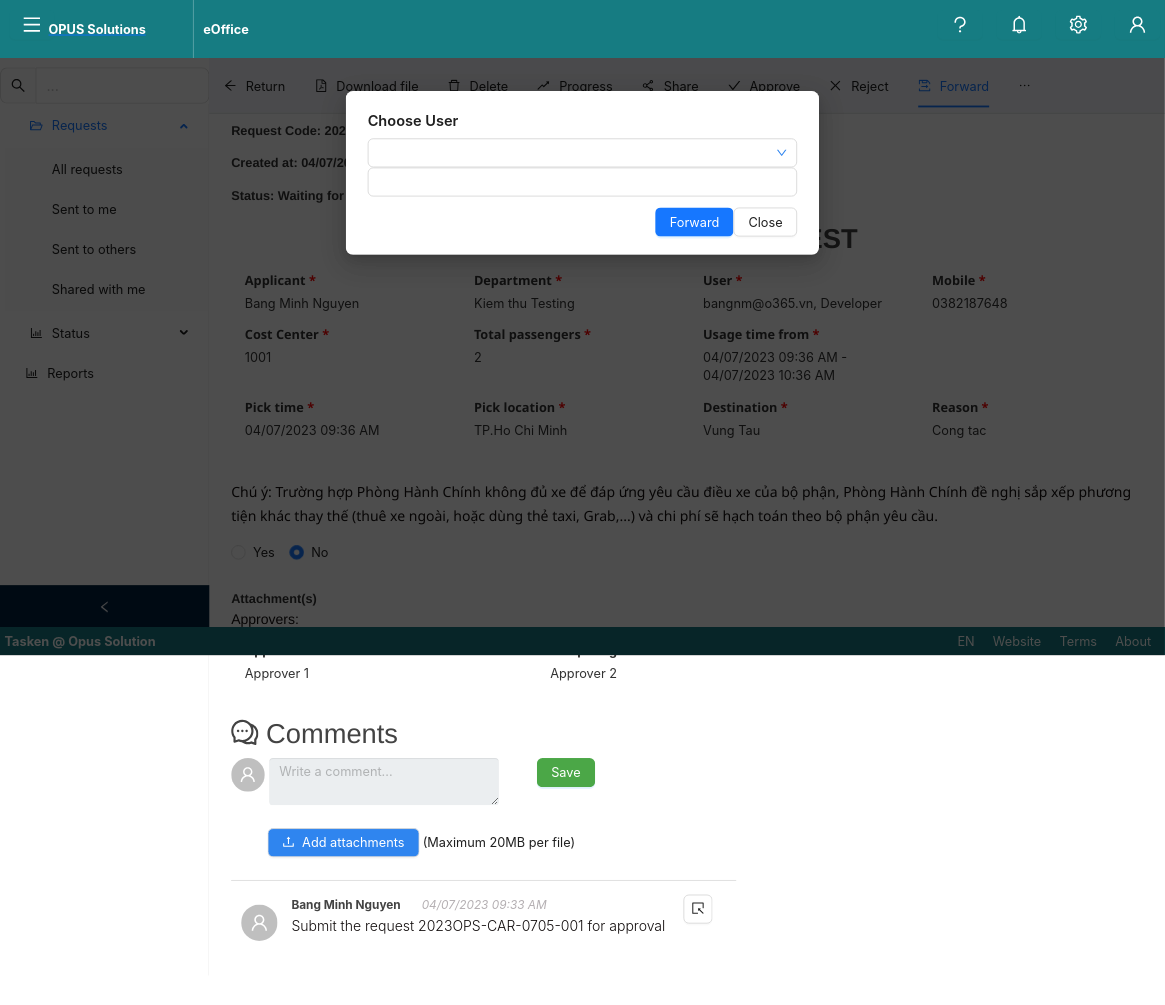
Repository: vannam272008/car-booking
Page: /request/detail, after clicking the first element matching `ul.ant-menu-overflow > :nth-child(8)`
These files come from the project's save history. The page is drawn as it stood at one moment and after the next save; the edit follows.
The browser window is 1280 px wide. The pictures show the whole page, at 91% of full size.
The project was rebuilt for these pictures with package versions that can differ from the ones it lists, and the page was loaded fresh each time. Also part of the build but not shown: src/Pages/ManageRequest/index.css, src/Pages/ManageRequest/ManageRequest.tsx, src/Components/AddRequest/MenuAdd/menuAdd.tsx, src/Components/AddRequest/SendApprover/sendApprover.css, src/Components/AddRequest/SendApprover/sendApprover.tsx, src/Components/AddRequest/AddRequest/addRequest.tsx. Imported but missing from the stored project, and not drawn on this page: src/Pages/Home.

Above is the page before, as saved 2023-07-10 11:28:05.

### src/index.tsx
import React from 'react';
import ReactDOM from 'react-dom/client';
import './index.css';
import App from './App';
import reportWebVitals from './reportWebVitals';
import { BrowserRouter } from 'react-router-dom';
import { Provider } from 'react-redux';
import { configureStore } from '@reduxjs/toolkit';
import requestReducer from './Reducers/requestReducer';
import { store } from './Store/store';


const root = ReactDOM.createRoot(
  document.getElementById('root') as HTMLElement
);
root.render(
  <Provider store={store}>
    <React.StrictMode>
      <BrowserRouter>
        <App />
      </BrowserRouter>
    </React.StrictMode>
  </Provider>
);

// If you want to start measuring performance in your app, pass a function
// to log results (for example: reportWebVitals(console.log))
// or send to an analytics endpoint. Learn more: https://bit.ly/CRA-vitals
reportWebVitals();

### src/App.tsx
import { Route, Routes } from 'react-router-dom';
import './App.css';
import Home from './Pages/Home';
import DetailRequest from './Components/DetailRequest/DetailRequest/detailRequest';
import ManageRequest from './Pages/ManageRequest/ManageRequest';
import AddRequest from './Components/AddRequest/AddRequest/addRequest';


function App() {
  return (
    <Routes>
      <Route path="/" element={<Home />} />
      <Route path="/request/carbooking" element={<ManageRequest />} />
      <Route path="/request/detail" element={<DetailRequest />} />
      <Route path='/request/addrequest' element={<AddRequest />} />
      {/* <Route path="/employee/create" element={<AddEmployee />} />
        <Route path="/department/create" element={<AddDepartment />} /> */}
    </Routes>
  );
}

export default App;

### src/Store/store.ts
import requestReducer from "../Reducers/requestReducer";
import { configureStore, createStore } from "@reduxjs/toolkit";


// export const store = configureStore({
//     reduder: {
//         request: requestReducer
//     }
// });

export const store = createStore(requestReducer);

### src/Reducers/requestReducer.ts
// interface RequestState {
//     requestList: string[]
// }

const initState = {
    requestList: [],
    success: true,
}

const requestReducer = (state = initState, action: { type: any; payload: any }) => {
    switch (action.type) {
        case 'SET_REQUEST_LIST':
            return {
                ...state,
                requestList: action.payload,
                success: false
            }
        default:
            return state
    }
}

export default requestReducer

### src/Components/RequestLayout/index.jsx
import React, { useState } from 'react';
import { LaptopOutlined, NotificationOutlined, UserOutlined } from '@ant-design/icons';
import { Layout, theme } from 'antd';
import AppHeader from '../../Components/AppHeader';
import AppSider from '../../Components/AppSider';
import AppFooter from '../../Components/AppFooter';

import "./RequestLayout.scss";

const { Content } = Layout;

const RequestLayout = ({ profile, children }) => {
    const {
        token: { colorBgContainer },
    } = theme.useToken();

    return (
        <div className='manage-request'>
            <AppHeader />
            <Content>
                <Layout style={{ padding: '24px 0', backgroundColor: colorBgContainer }}>
                    <AppSider profile={profile} />
                    <Layout style={{ padding: '24px 0px',backgroundColor: colorBgContainer}}>
                        <Content style={{ padding: '0 24px', minHeight: 280 }}>
                            {children()}
                        </Content>
                    </Layout>
                </Layout>
            </Content>
            <AppFooter />
        </div>


    );
};

export default RequestLayout;

### src/Components/DetailRequest/DetailRequest/detailRequest.css
*{
    box-sizing: border-box;
  }
  .required {
    color: red;
  }
  .page-detail-request{
    min-height: calc(100vh - 83px);
    transition: all 0.3s;
    background-color: #ffffff;
    font-family: "Helvetica Neue",Helvetica,Arial,sans-serif;
    font-size: 14px;
    line-height: 1.42857143;
    color: #333;
    background-color: #fff;
  }

  .info-detail-request{
    margin-top: 85px;
    margin-right: -20px;
    padding-right: 15px;
  }

  .info-basic-detail-request p{
    width: 100%;
    font-weight: 700;
  }

  .title-detail-request{
    color: #434343;
    text-align: center;
    font-size: 30px;
    margin-top: 20px;
    margin-bottom: 20px;
    font-family: inherit;
    font-weight: 500;
    line-height: 1.1;
    font-weight: 700;
  }

  .content-detail-request{
    font-family: "Segoe UI";
    font-size: 14px;
    line-height: 1.42857143;
  }

  .col-detail-request{
    margin-bottom: 15px;
    position: relative;
    min-height: 1px;
    padding-right: 15px;
    padding-left: 15px;
  }

  .col-detail-request label{
    display: inline-block;
    max-width: 100%;
    margin-bottom: 5px;
    font-weight: 700;
    cursor: default;
    font-family: "Segoe UI";
  }
  .attention-detail-request{
    margin-top: 30px;
    margin-bottom: 30px;
    font-family: "Segoe UI";
  }

  .attention-detail-request  p{
    font-size: 1.1em;
    font-weight: 300;
    line-height: 1.7em;
    color: #130e0e;
  }

  .list-approvers p{
    font-size: 1.1em;
    font-weight: 300;
    line-height: 1.7em;
    color: #130e0e;
    margin: 0 0 10px;
  }

  .approver{
    margin-bottom: 15px;
    position: relative;
    min-height: 1px;
    padding-right: 15px;
    padding-left: 15px;
  }

  .approver  label{
    display: inline-block;
    max-width: 100%;
    margin-bottom: 5px;
    font-weight: 700;
    cursor: default;
  }

### src/Components/AddRequest/AddRequest/addRequest.css
.page-request{
    min-height: calc(100vh - 83px);
    transition: all 0.3s;
    background-color: #ffffff;
    font-family: "Helvetica Neue",Helvetica,Arial,sans-serif;
    font-size: 14px;
    line-height: 1.42857143;
    color: #333;
    background-color: #fff;
    margin-top: 125px;
}
.page-content{
    font-family: "Segoe UI";
    font-size: 14px;
    line-height: 1.42857143;
}
.title-request{
    color: #434343;
    text-align: center;
    font-size: 30px;
    margin-top: 20px;
    margin-bottom: 20px;
    font-family: inherit;
    font-weight: 500;
    line-height: 1.1;
    font-weight: 700;
}
.form-approver{
    margin-top: 50px;
    margin-right: 10px;
}
.add-approvers{
    margin-left: 15px;
}
.form-approver > h6{
    font-size: 1.1em;
    font-weight: 300;
    line-height: 1.7em;
    color: #130e0e;
    margin: 0 0 10px;
    font-family: "Segoe UI";
}
.col-request{
    margin-bottom: 15px;
    position: relative;
    min-height: 1px;
    padding-right: 15px;
    padding-left: 15px;
}
.col-request label{
    display: inline-block;
    max-width: 100%;
    margin-bottom: 5px;
    font-weight: 700;
    cursor: default;
    font-family: "Segoe UI";
}
.attention-request{
    margin-top: 30px;
    margin-bottom: 30px;
    font-family: "Segoe UI";
}
.attention-request  p{
    font-size: 1.1em;
    font-weight: 300;
    line-height: 1.7em;
    color: #130e0e;
  }
.ant-row .ant-form-item-label{
    padding: 0;
}
.ant-form-item-required{
    font-weight: 700;
}
.ant-select-arrow .ant-select-suffix{
    color: #2F85EF;

}
.ant-form-item-control-input-content input{
    border: none;
    border-radius: 0;
    border-bottom: 1px solid #2F85EF;
    color: #2F85EF;
    box-shadow: none;
    height: 53px;
    width: 100%;
    padding: 6px 12px;
    font-size: 14px;
    line-height: 1.42857143;

}
.ant-form-item-control-input-content .ant-select .ant-select-selector{
    border: none;
    border-radius: 0;
    border-bottom: 1px solid #2F85EF;
    width: 100%;
    float: left;
    height: 53px;
    background-color: #fff;
    padding: 6px 12px;
    white-space: nowrap;
    color: #2F85EF;

}
.ant-select .ant-select-selector .ant-select-selection-item{
    display: flex;
    align-items: center;
}
.ant-picker{
    border: none;
    border-radius: 0;
    border-bottom: 1px solid #2F85EF;
    width: 100%;
    float: left;
    height: 53px;
    background-color: #fff;
    padding: 6px 12px;
    white-space: nowrap;
}
.anticon-calendar{
    color: #2F85EF;
}
.ant-picker .ant-picker-input input {
    color: #2F85EF;
}
.cursor-notallow-applicant{
    cursor: not-allowed;
}

### src/Components/DetailRequest/Comments/comment.css
.comments-detail-request{
    margin-top: 25px;
}
.title-comment{
    color: #434343 !important;
    font-size: 30px;
    margin-top: 20px;
    margin-bottom: 10px;
    font-family: inherit;
    font-weight: 500;
    line-height: 1.1;
}
.row-comment-box{
    margin-bottom: 25px;
}
.input-comment{
    width: 100%;
    border: none;
    background: #EBEEF0;
    font-size: 14px;
    line-height: 1.42857143;
    color: #555;
    border-radius: 4px;
    box-shadow: inset 0 1px 1px rgba(0,0,0,.075);
}
.btn-comment{
    background-color: rgb(75,167,71);
    color: white;
}
.upload-comment{
    padding-left: 40px;
}
.list-comment{
    max-width: 555px;
    padding: 15px 0;
    border-top: 1px solid #DDDDDD;
}
.reply-upload-comment{
    margin-top: 15px;
}
.comment-avatar{
    float: left;
    width: 40px;
    padding: 1px;
    margin-top: 10px;
    margin-right: 10px;
    margin-left: 10px;
}
.comment-reply{
    width: 65px;
    text-align: right;
}
.comment-content{
    font-size: 1.1em;
    font-weight: 300;
    line-height: 1.7em;
    color: #130e0e;
    margin: 0 0 10px;
}
.comment-author{
    font-weight: 700;
    margin-right: 8px;
    color: #434343;
    font-size: 13px;
    line-height: 1.7em;
}
.comment-date{
    font-size: 13px;
    margin-left: 15px;
    color: #b4afb2;
    font-style: italic;
}
.reply-comment{
    width: 100%;
    border-top: 1px solid #DDDDDD;
    margin-left: 50px;
    padding: 15px 0;
}
.reply-row{
    width: 100%;
    margin-top: 15px;
    padding-bottom: 0;
    display: flex;
    flex-wrap: wrap;
}
.btn-cancel{
    border: 1px solid transparent;
    border-radius: 4px;
    font-size: 14px;
    font-weight: 400;
    line-height: 1.42857143;
    text-align: center;
    background-color: #f0ad4e;
    margin-left: 15px;
    color: #ffffff;
    padding: 4px 12px;
    height: 30px;
}
.btn-save{
    margin-left: 15px;
}
.reply-comment-row{
    width: 505px;
    margin-left: 50px;
    padding: 15px 0;
    border-top: 1px solid #DDDDDD;
    min-width: 444px;
}

### src/Components/DetailRequest/Menu/menu.css
.fixed-menu {
    position: fixed;
    top: 64px;
    width: 100%;
    z-index: 999;
    border-bottom: 1px solid #e1e1e1;
    border-top-left-radius: 0;
    background-color: rgb(245,246,250);
    min-height: 61px;
    display: flex;
    align-items: center;
    flex-wrap: wrap;
    margin-left: -24px;
}

.fixed-menu .Menu.Item {
    white-space: nowrap;
    margin: 0 10px;
    color: #8894A1;
    font-weight: 500;
    text-decoration: none;
    outline: none;
    transition: all 0.3s;
    cursor: pointer;
    background-color: transparent;
}

.fixed-menu .select-user-share .ant-modal-wrap {
    background-color: red;
}

### src/Components/AppSider/index.tsx
import React, { useState } from 'react';
import type { MenuProps } from 'antd';
import { Layout, Menu, theme, Space } from 'antd';
import { Input } from 'antd';

import { FolderOpenOutlined, BarChartOutlined, SearchOutlined, SettingOutlined } from '@ant-design/icons';
import "./AppSider.scss";



const { Sider } = Layout;

type MenuItem = Required<MenuProps>['items'][number];

function getItem(
    label: React.ReactNode,
    key: React.Key,
    icon?: React.ReactNode,
    children?: MenuItem[],
    type?: 'group',
): MenuItem {
    return {
        key,
        icon,
        children,
        label,
        type,
    } as MenuItem;
}



const AppSider = (props: any) => {

    const items: MenuProps['items'] = [
        getItem('Requests', 'requests', <FolderOpenOutlined />, [
            getItem('All requests', 'all-request'),
            getItem('Sent to me', 'sent-to-me'),
            getItem('Sent to others', 'sent-to-others'),
            getItem('Shared with me', 'shared-with-me'),
        ]),

        getItem('Status', 'status', <BarChartOutlined />, [
            getItem('Draft', 'draft'),
            getItem('Approving', 'approving'),
            getItem('Approved', 'approved'),
            getItem('Rejected', 'rejected'),
        ]),

        getItem('Reports', 'reports', <BarChartOutlined />),

    ];

    const profileItems: MenuProps['items'] = [

        getItem('Setting', 'setting', <SettingOutlined />),

    ];

    const [openItem, setOpenItem] = useState('requests');

    const handleClick: MenuProps['onClick'] = (e) => {
        console.log('click ', e);
    };
    const [collapsed, setCollapsed] = useState(false);
    const {
        token: { colorBgContainer },
    } = theme.useToken();
    return (
        <Sider collapsible collapsed={collapsed} onCollapse={(value) => setCollapsed(value)} style={{ background: colorBgContainer }} width={230}>
            <Space.Compact size="large">
                <Input addonBefore={<SearchOutlined />} placeholder="..." />
            </Space.Compact>
            <Menu
                mode="inline"
                defaultSelectedKeys={[openItem]}
                defaultOpenKeys={['requests']}
                openKeys={[openItem]}
                style={{ height: '100%' }}
                items={props.profile ? profileItems : items}
                onClick={handleClick}
                onOpenChange={(openKey) => {
                    setOpenItem(openKey[1])
                }}
            />
        </Sider>


    )
}

export default AppSider;

### src/Components/AppFooter/index.tsx
import { Layout } from 'antd';
import "./AppFooter.scss";

const { Footer } = Layout

const AppFooter = () => {
    return (
        <Footer className='mcs-footer'>
            <div>
                <span className='footer-left'><b>Tasken @ Opus Solution</b></span>
                <div className='footer-right'>
                    <span>EN</span>
                    <span>Website</span>
                    <span>Terms</span>
                    <span>About</span>
                </div>
            </div>

        </Footer>)
}

export default AppFooter;

### src/Components/AppHeader/AppHeader.scss
.mcs-header {
    position: fixed;
    z-index: 1001;
    align-items: center;
    background-color: #167c82;
    width: 100%;
    padding-inline: 0;

    & .row-header {
        align-items: center;

        & .btn-menu {
            border: none;
            background-color: #167c82;
            color: white;
            font-size: 20px;
            margin-left: 10px;
        }
    }

    & .col-logo {
        width: 100%;
        border-right: 1px solid rgba(255, 255, 255, 0.3);


        & p {
            width: 100%;
            color: white;
            display: contents;
        }
    }

    & .col-label {
        padding-left: 10px;
        width: 100%;


        & p {
            width: 100%;
            color: white;
            display: contents;
        }
    }

    & .col-function {
        & .group-btn {
            float: right;

            & .btn-item {
                font-size: 20px;
                margin-left: 5px;
                margin-right: 5px;
                border: none;
                background-color: #167c82;
                color: white;

                margin-left: 10px;
            }

        }
    }







}

.ant-dropdown {

    & .dropdown-help {
        display: block;
        right: 0;
        top: 50px;
        width: 320px;
        height: calc(100vh - 84px);
        background-color: #fff;
        border: 1px solid #c8c8c8;

        & .title-dropdown {
            border-bottom: 1px solid #ddd;
            padding-bottom: 5px;
            padding-top: 5px;

            & span {
                margin-left: 10px;
                font-size: 25px;
            }

            & .btn-close {
                font-size: 20px;
                margin-left: 5px;
                margin-right: 5px;
                border: none;
                background-color: white;
                color: black;
                float: right;
            }
        }

        & .content-dropdown {
            display: block;
            margin-top: 10px;




            & .account-info {
                & img {
                    margin-left: 10px;
                    float: left;
                    width: 64px;
                    height: 64px;
                }

                & .info-name {
                    margin-left: 10px;
                    float: left;
                    font-size: 20px;
                }

                & .info-email {
                    margin-left: 10px;
                    font-style: italic;
                }
            }

            .content-info {
                border-top: 1px solid #ddd;
                margin-top: 20px;

                & span {
                    font-size: 20px;
                    margin-left: 10px;
                }

                & p {
                    color: #4BA747;
                    margin-left: 25px;
                }
            }

            & span {
                font-size: 20px;
                margin-left: 10px;
            }

            & p {
                color: #4BA747;
                margin-left: 25px;
            }


        }




    }
}

// .logo {
//     width: 200px;
//     height: 100px;
// }

// .header {
//     background-color: #fff;
//     height: 100px;
//     line-height: 100px;
//     padding: 0;
// }

// .header-name {
//     font-family: 'Segoe UI';
//     font-size: 16px;
//     font-weight: 700;
//     color: #0273bb;
// }

// .header-homepage {
//     font-family: 'Segoe UI';
//     font-size: 16px;
//     font-weight: 700;
//     color: #0273bb;
//     float: right;
//     padding-right: 50px;
//     position: relative;
//     top: -100px;
// }

// .logo-name {
//     display: flex;
// }


/* Extra small devices (phones, 600px and down) */
@media only screen and (max-width: 600px) {
    .header-homepage {
        display: none;
    }

    .header-name {
        font-size: 10px;
    }
}

/* Small devices (portrait tablets and large phones, 600px and up) */
@media only screen and (min-width: 600px) {}

/* Medium devices (landscape tablets, 768px and up) */
@media only screen and (min-width: 768px) {}

/* Large devices (laptops/desktops, 992px and up) */
@media only screen and (min-width: 992px) {}

/* Extra large devices (large laptops and desktops, 1200px and up) */
@media only screen and (min-width: 1240px) {}

### src/Components/AppSider/AppSider.scss
.ant-layout {
        & li {
                padding-left: 5px;
        }

        & .ant-layout-sider {
                position: sticky;
                left: 0;
                margin-top: 50px;



        }

        & .ant-layout-sider-children {}

        & .ant-layout-sider-trigger {
                margin-bottom: 29px;
        }
}

### src/Components/AppFooter/AppFooter.scss
.mcs-footer {
    background-color: #167c82;
    color: #fff;
    position: fixed;
    width: 100%;
    bottom: 0;
    padding: 5px;

    & .footer-left {
        float: left;
    }

    & .footer-right {
        float: right;

        & span {
            padding-left: 10px;
            padding-right: 10px;
        }
    }
}

Loaded but not shown: public/index.html (common file); src/index.css (common file); src/reportWebVitals.ts (common file); src/App.css (common file); src/Components/AppHeader/index.tsx (200 lines, source omitted); src/Components/DetailRequest/Comments/comment.tsx (172 lines, source omitted); src/Components/DetailRequest/DetailRequest/detailRequest.tsx (143 lines, source omitted); src/Components/DetailRequest/Menu/menu.tsx (160 lines, source omitted); src/Components/AddRequest/MenuAdd/menuAdd.css (no stored copy; drawn as an empty file); src/Components/RequestLayout/RequestLayout.scss (no stored copy; drawn as an empty file)

After the next save:
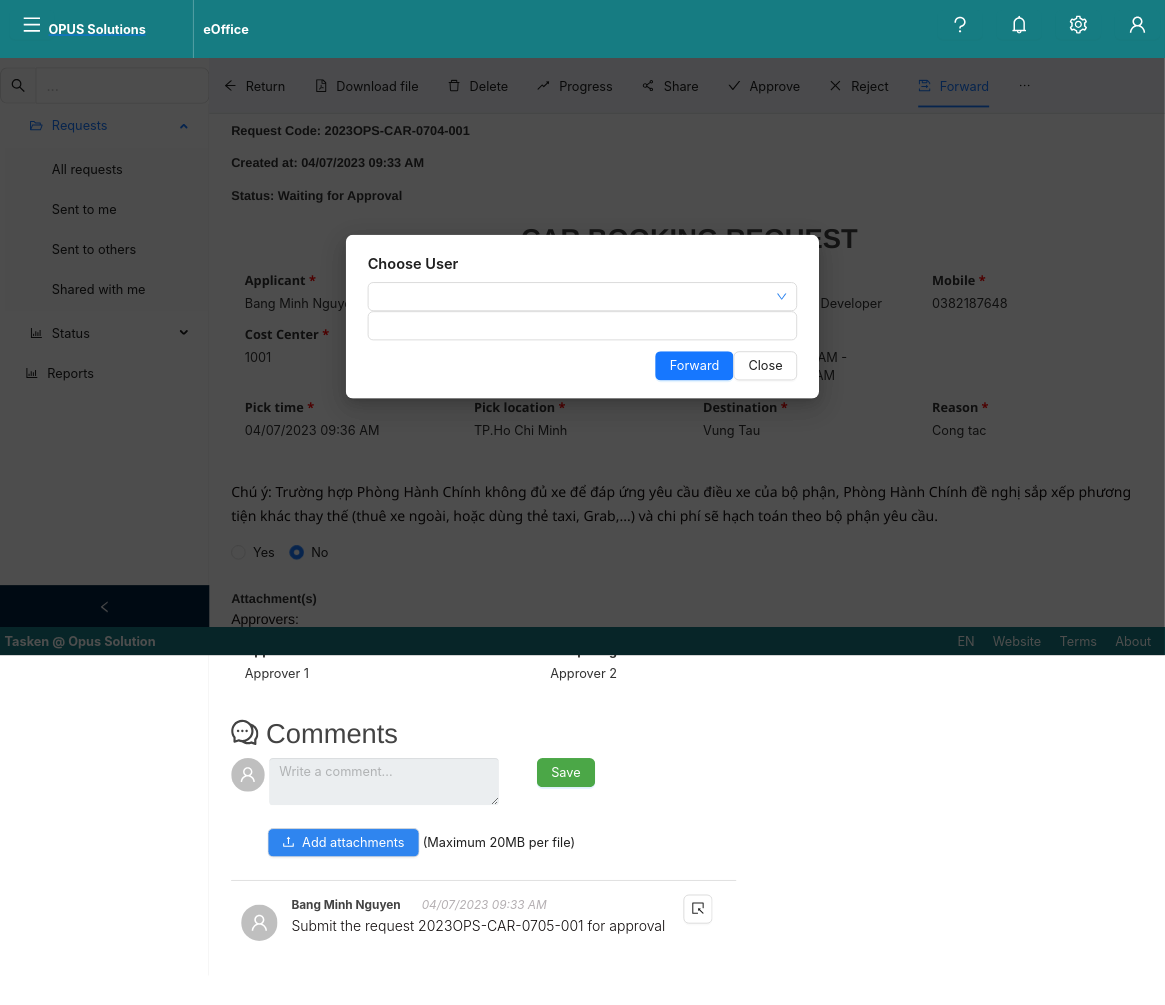
Saved 54 s later.
--- a/src/Components/DetailRequest/Menu/menu.css
+++ b/src/Components/DetailRequest/Menu/menu.css
@@ -28,3 +28,8 @@
 .fixed-menu .select-user-share .ant-modal-wrap {
     background-color: red;
 }
+.forward-menu{
+    margin: 0 auto !important;
+    top: 50%;
+    transform: translateY(-50%) !important;
+}
